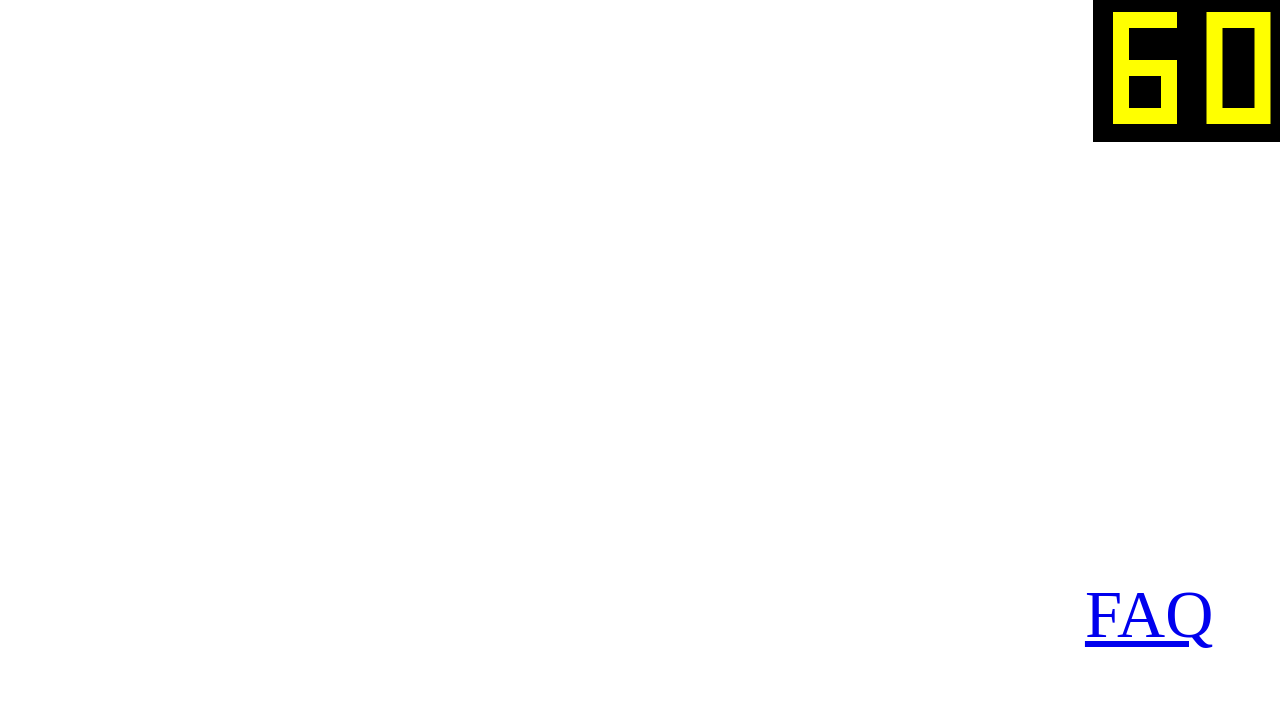
Repository: aliendetonator/fake-fraps-counter
Page: index.html
An editor plug-in stored every save of this project. The page is shown before and after the next save, followed by the edit.
The browser window is 1280 px wide. The pictures show the whole page.

Above is the page before, as saved 2023-08-31 04:17:42.

### index.html
<!DOCTYPE html>
<html lang="en">
<head>
    <meta charset="UTF-8">
    <meta name="viewport" content="width=device-width, initial-scale=1.0">
    <title>Fake Fraps Counter</title>
    <link rel="stylesheet" href="src/fonts/fonts.css">
    <link rel="stylesheet" href="src/css/index.css">
    <script src="src/script.js" defer></script>
</head>
<body>
    <div id="counter-container">
        <h1 id="counter">60</h1>
    </div>
    <footer><a href="faq.html">FAQ</footer>
</body>
</html>

### src/fonts/fonts.css
@font-face {
    font-family: "fraps";
    src: url("fraps.ttf")
}

### src/css/index.css
*{
    margin:0;
    padding:0;
}

body{
    width: 100%;
    display: flex;
    flex-direction: row;
    justify-content: flex-end;
}

#counter-container {
    width: fit-content;
    height: fit-content;
    background-color: yellow;
    overflow: hidden;
}

#counter {
    font-family: "Fraps";
    font-size: 144pt;
    margin-bottom: -.20em;
}

footer{
    position: absolute;
    bottom: 1em;
    right: 1em;
    font-size: 50pt;
}

### src/script.js
const counter = document.getElementById("counter");

const fps = {
    default: 60,
    min: 57,
    max: 60,
    chanceOfDefault: 80
}
const interval = {
    min: 100,
    max: 300
}

var fpsTimeout;

const getNextIntervalTime = () => {
    return Math.floor(Math.random() * (interval.max - interval.min) ) + interval.min;
}

const getNextFps = () => {

    let chancePercentage = Math.floor(Math.random()*100) + 1;

    if (chancePercentage <= fps.chanceOfDefault) return fps.default;

    return Math.floor(Math.random() * (fps.max - fps.min) ) + fps.min;
}

const setNextInterval = () => {
    fpsTimeout = setTimeout(()=>{

        counter.innerText = getNextFps();

        setNextInterval();
    }
    ,getNextIntervalTime())
}

const main = () => {
    setNextInterval();
}

main();

After the next save:
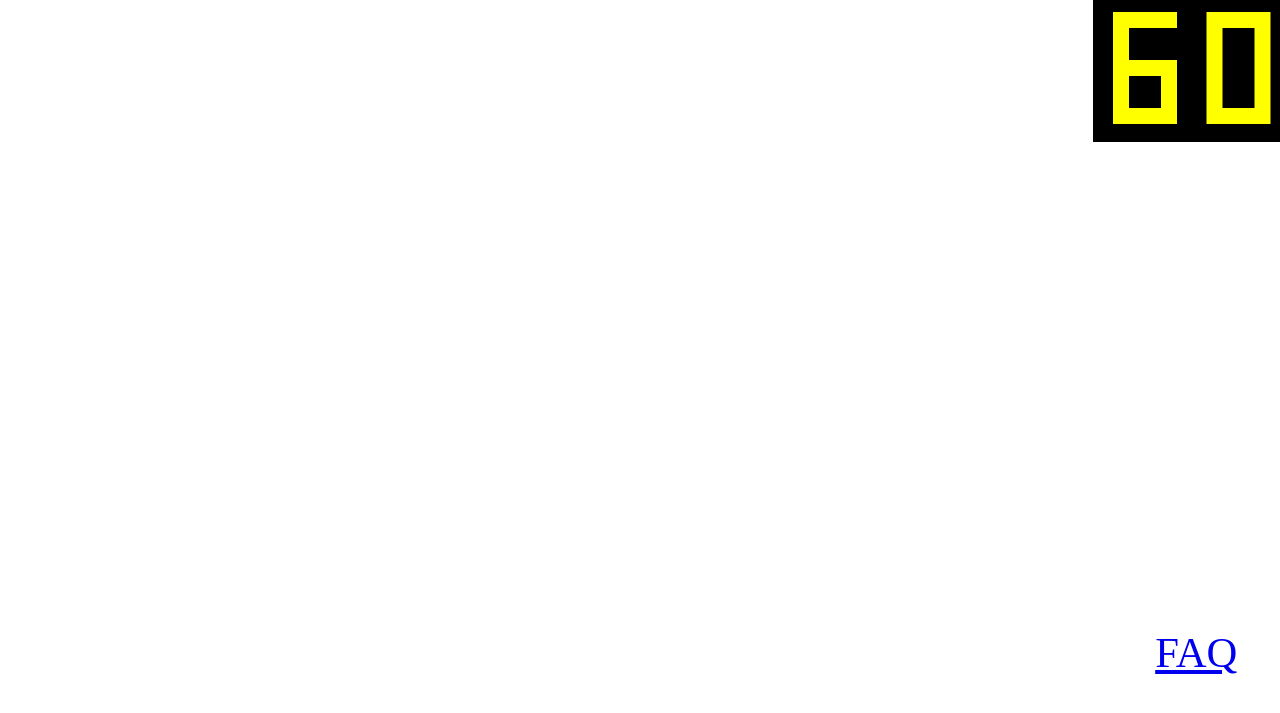
Saved 5 s later.
--- a/src/css/index.css
+++ b/src/css/index.css
@@ -27,5 +27,5 @@ footer{
     position: absolute;
     bottom: 1em;
     right: 1em;
-    font-size: 50pt;
+    font-size: 32pt;
 }
